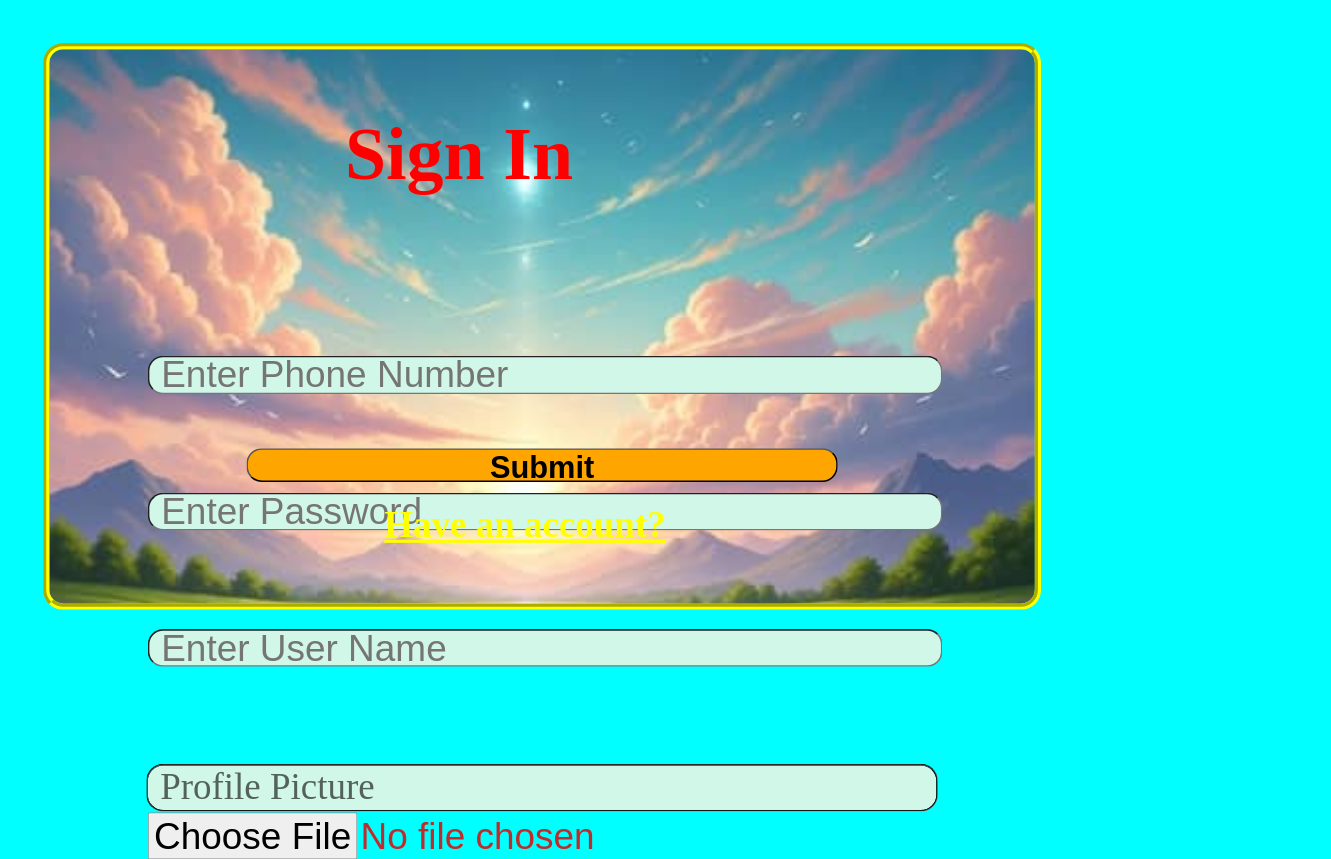
Repository: Amani-Kibet/express-app-web
Page: pages/signup/signIn.html
The author's editor kept a copy of each file at every save. The page is drawn from the files as they stood at one save, then again after the next save.
The browser window is 1280 px wide. The page is 1728 px wide, so the pictures cover 1728 px, including what lies to the right of the window. The pictures show the whole page, at 77% of full size.

Above is the page before, as saved 2025-09-28 17:23:43.

After the next save:
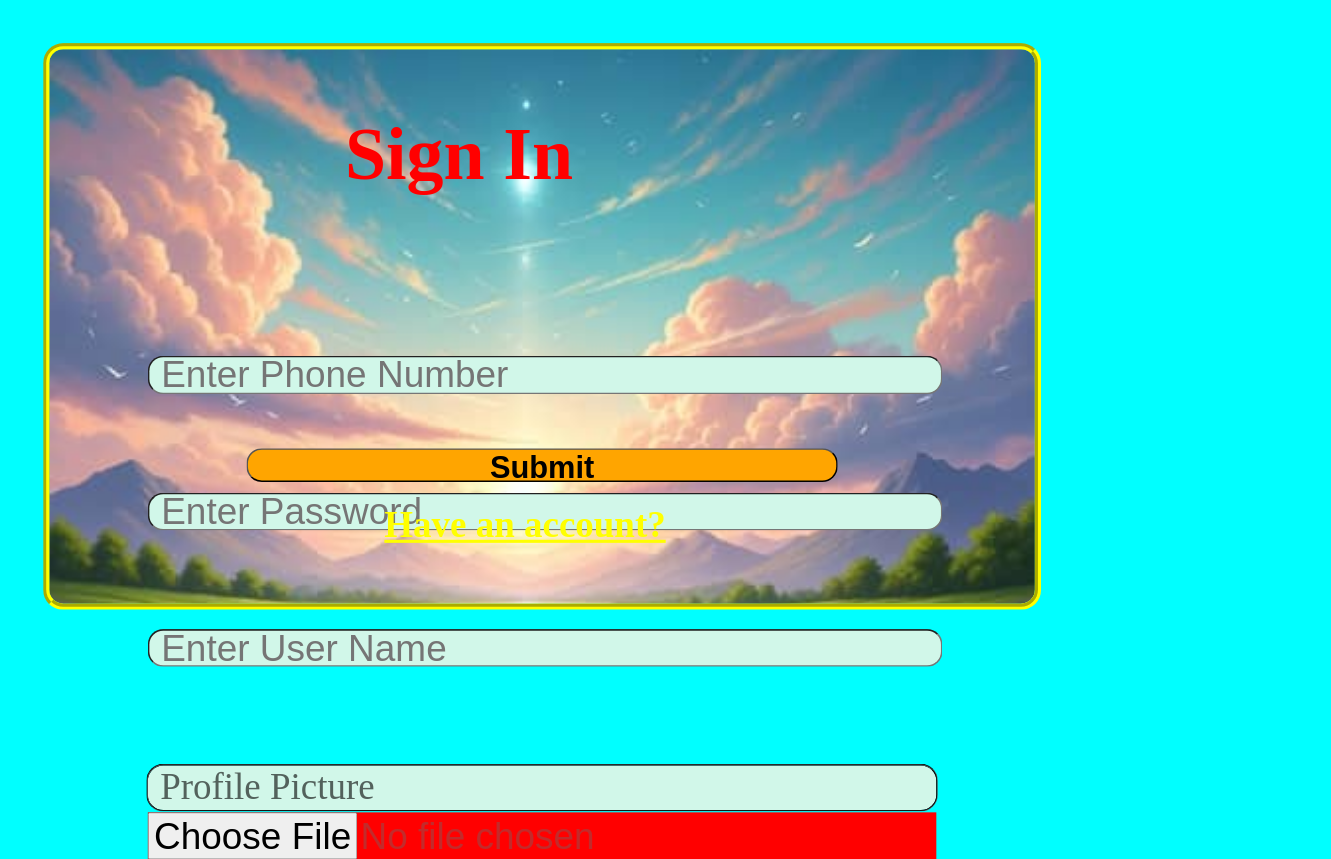
Saved 15 s later.
--- a/pages/signup/signIn.html
+++ b/pages/signup/signIn.html
@@ -41,6 +41,7 @@
   }
   #picI{
     font-size: 1em;
+    background-color: red
   }
   #picT{
     font-size: 1em;

After the save that followed:
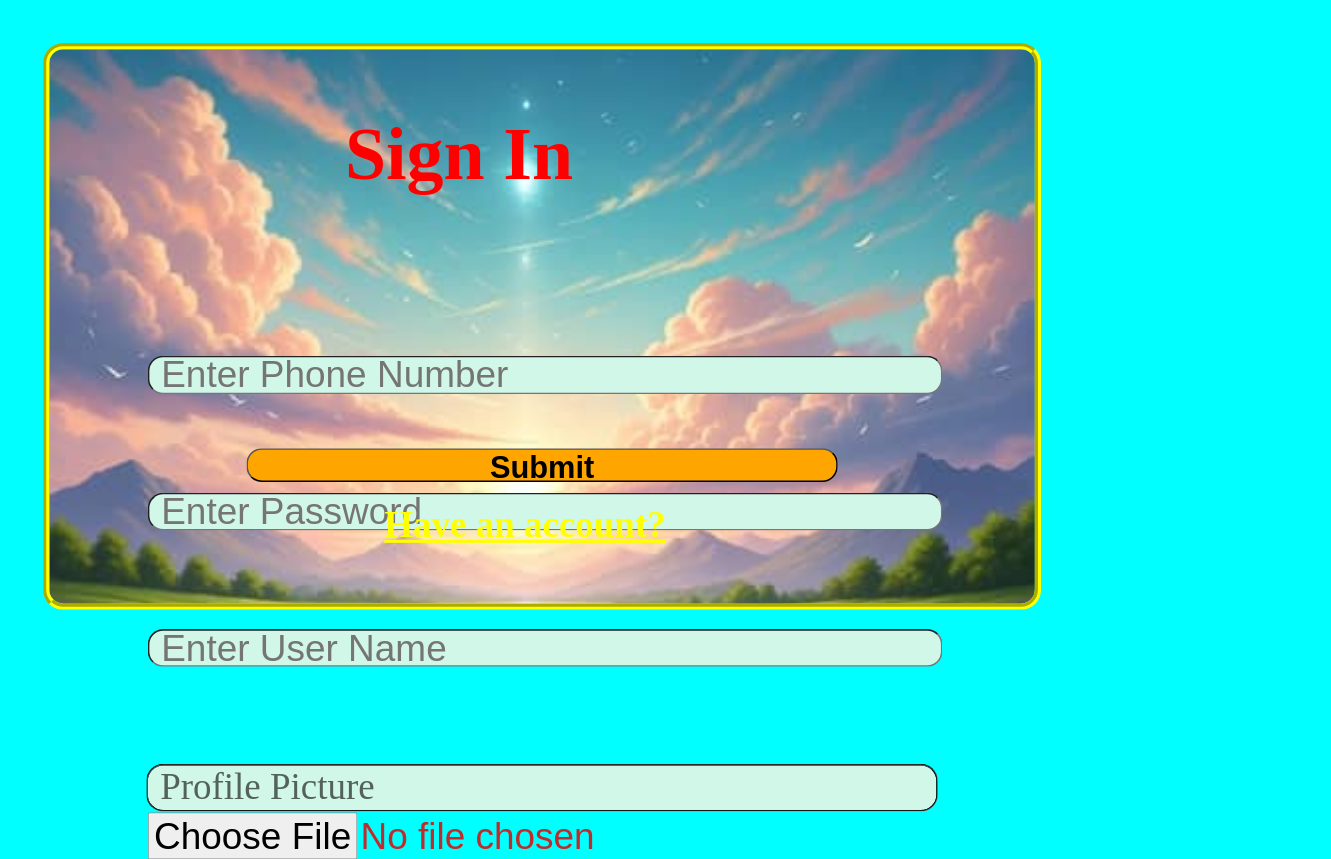
Saved 20 s later.
--- a/pages/signup/signIn.html
+++ b/pages/signup/signIn.html
@@ -41,7 +41,6 @@
   }
   #picI{
     font-size: 1em;
-    background-color: red
   }
   #picT{
     font-size: 1em;
